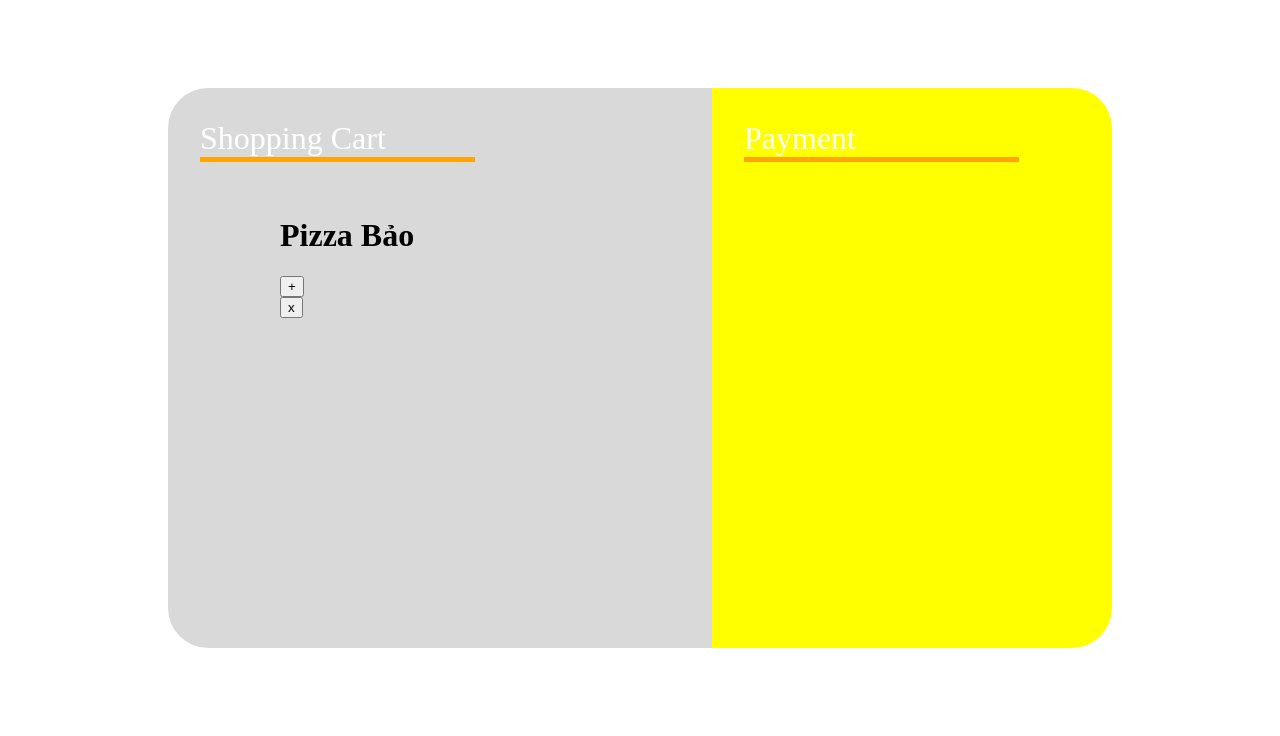
Repository: NDBaoFE/pizza-ordering-hiep
Page: /checkout
The author's editor kept a copy of each file at every save. The page is drawn from the files as they stood at one save, then again after the next save.
The browser window is 1280 px wide. The pictures show the whole page.
The project was rebuilt for these pictures with package versions that can differ from the ones it lists, and the page was loaded fresh each time.

Above is the page before, as saved 2022-08-27 22:04:47.

After the next save:
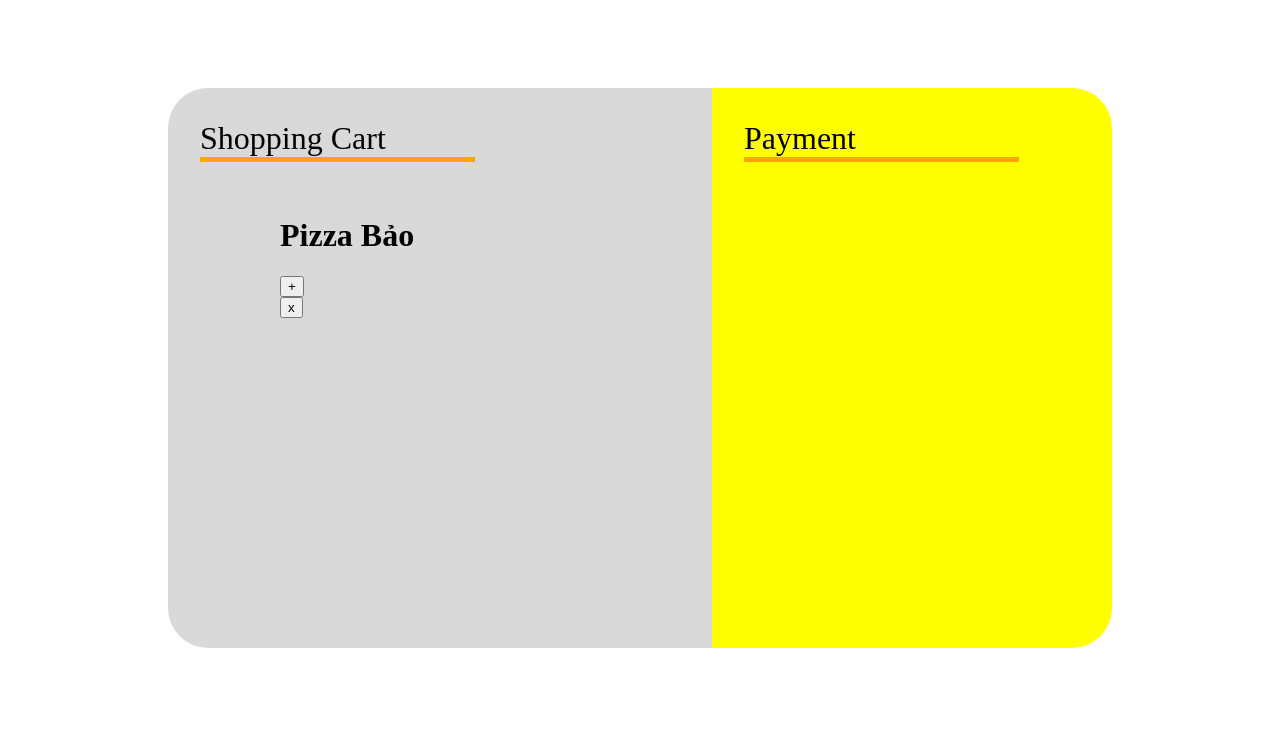
Saved 9 s later.
--- a/src/pages/Checkout/Checkout.styled.js
+++ b/src/pages/Checkout/Checkout.styled.js
@@ -27,7 +27,6 @@ export const Payment = styled.div`
 
 export const Header = styled.header`
   font-size: 2rem;
-  color: #fff;
 
   &::after {
     content: '';
